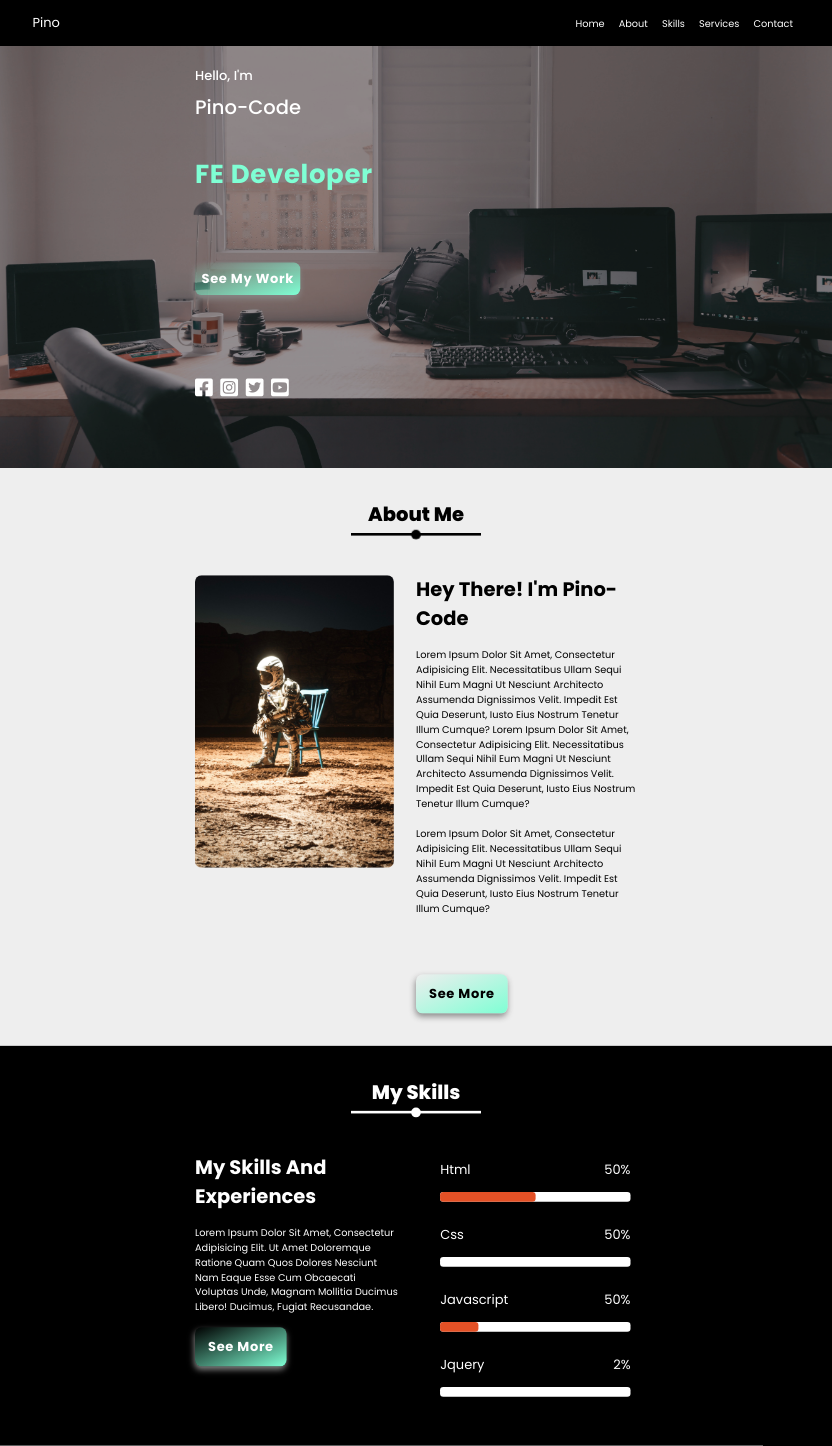
Repository: Pinocoding/New
Page: index.html
These files come from the project's save history. The page is drawn as it stood at one moment and after the next save; the edit follows.
The browser window is 1280 px wide. The pictures show the whole page, at 65% of full size.
Backgrounds fixed to the window are drawn as part of the page.

Above is the page before, as saved 2021-10-13 22:43:21.

### index.html
<!DOCTYPE html>
<html lang="en">
<head>
  <meta charset="UTF-8">
  <meta http-equiv="X-UA-Compatible" content="IE=edge">
  <meta name="viewport" content="width=device-width, initial-scale=1.0">
  <title>Document</title>
  <link rel="stylesheet" href="style.css">
  <link rel="stylesheet" href="https://cdnjs.cloudflare.com/ajax/libs/font-awesome/6.0.0-beta2/css/all.min.css" integrity="sha512-YWzhKL2whUzgiheMoBFwW8CKV4qpHQAEuvilg9FAn5VJUDwKZZxkJNuGM4XkWuk94WCrrwslk8yWNGmY1EduTA==" crossorigin="anonymous" referrerpolicy="no-referrer" />


</head>
<body>
  <!-- header -->
  <header>
    <a href="#main" class="brand">Pino</a>
    <div class="navigation">
        <a href="#main">home</a>
        <a href="#about">About</a>
        <a href="#skills">Skills</a>
        <a href="#Services">Services</a>
        <a href="#contact">Contact</a>
    </div>
  </header>
  <!--  -->
  <!-- section main  -->
  <section class="main">
    <div class="layout"></div>
    <div class="content">
    <h2>hello, I'm<br><span>Pino-code</span></h2>
    <div class="animated-text">
      <h3>FE developer</h3>
      <h3>Best Yasuo TT 7</h3>
      <h3>Best NoVo CS GO</h3>
    </div>
    <a href="#about" class="btn">see my work</a>
    <div class="media-icon">
      <a href="#"><i class="fab fa-facebook-square"></i></a>
      <a href="#"><i class="fab fa-instagram-square"></i></a>
      <a href="#"><i class="fab fa-twitter-square"></i></a>
      <a href="#"><i class="fab fa-youtube-square"></i></a>
    </div>
  </div>

  </section>
  <!--  -->
  <!-- section about -->
  <section class="about" id="about">
    <!-- title -->
    <div class="title">
      <h2 class="section-title">
        about me
      </h2>
    </div>
    <!--  -->
    <!-- content -->
    <div class="content">
      <div class="column col-left">
        <div class="img-card">
          <img src="/img/002.jpg" alt="">
        </div>
      </div>
      <div class="column col-right">
        <h2 class="content-title">Hey there! i'm pino-code</h2>
        <p>Lorem ipsum dolor sit amet, consectetur adipisicing elit. Necessitatibus ullam sequi nihil eum magni ut nesciunt architecto assumenda dignissimos velit. Impedit est quia deserunt, iusto eius nostrum tenetur illum cumque?
          Lorem ipsum dolor sit amet, consectetur adipisicing elit. Necessitatibus ullam sequi nihil eum magni ut nesciunt architecto assumenda dignissimos velit. Impedit est quia deserunt, iusto eius nostrum tenetur illum cumque?
          <br>
          <br>
          Lorem ipsum dolor sit amet, consectetur adipisicing elit. Necessitatibus ullam sequi nihil eum magni ut nesciunt architecto assumenda dignissimos velit. Impedit est quia deserunt, iusto eius nostrum tenetur illum cumque?
        </p>
        <a href="#about" class="btn">See more</a>
      </div>
    </div>
      <!--  -->


    </section>
    <!--  -->
    <!-- section skills -->
    <section class="skills" id="skills">
      <div class="title">
        <h2 class="section-title">
          my skills
        </h2>
      </div>
      <div class="content">
        <div class="column col-left">
          <h2 class="content-title">
            my skills and experiences</h2>
            <p>Lorem ipsum dolor sit amet, consectetur adipisicing elit. Ut amet doloremque ratione quam quos dolores nesciunt nam eaque esse cum obcaecati voluptas unde, magnam mollitia ducimus libero! Ducimus, fugiat recusandae.</p>
            <a href="#" class="btn">see more</a>
        </div>

      <div class="column col-right">
        <div class="bar">
          <div class="infor">
            <span>html</span>
            <span>50%</span>
          </div>
          <div class="line html"></div>
        </div>
        <div class="bar">
          <div class="infor">
            <span>css</span>
            <span>50%</span>
          </div>
          <div class="line css"></div>
        </div>
        <div class="bar">
          <div class="infor">
            <span>javascript</span>
            <span>50%</span>
          </div>
          <div class="line javascript"></div>
        </div>
        <div class="bar">
          <div class="infor">
            <span>jquery</span>
            <span>2%</span>
          </div>
          <div class="line jquery"></div>
        </div>
      </div>

      </div>
    </section>


  <script
  src="https://code.jquery.com/jquery-3.6.0.js"
  integrity="sha256-H+K7U5CnXl1h5ywQfKtSj8PCmoN9aaq30gDh27Xc0jk="
  crossorigin="anonymous"></script>
  <script src="function.js"></script>
</body>
</html>

### style.css
@import url("https://fonts.googleapis.com/css2?family=Poppins:wght@300;400;500;700;800&display=swap");
* {
  font-size: 62.5%;
  font-family: "Poppins", sans-serif;
  margin: 0;
  padding: 0;
  box-sizing: border-box;
  text-transform: capitalize;
}
body {
  min-height: 110vh;
  background: #eee;
}
/* for header */
header {
  position: fixed;
  z-index: 99;
  background: rgb(0, 0, 0);
  top: 0;
  left: 0;
  width: 100%;
  padding: 2rem 5rem;
  display: flex;
  justify-content: space-between;
  align-items: center;
}
/* hover navigation */
header .navigation a:hover {
  color: aquamarine;
}
/*header sticky */
header.sticky {
  background: rgba(0, 0, 0, 0.26);
}
/*  */
header .brand {
  text-decoration: none;
  font-size: 2rem;
  color: white;
}
header .navigation a {
  font-size: 1.5rem;
  text-decoration: none;
  color: white;
  padding: 0 1rem;
}
/*  */
section {
  padding: 5rem 30rem;
}
/* for banner */
.main {
  position: relative;
  width: 100%;
  min-height: 100vh;
  display: flex;
  align-items: center;
  background: url("/img/0.jpg") no-repeat;
  background-size: cover;
  background-position: center;
  background-attachment: fixed;
  z-index: 1;
}
.main .layout {
  position: absolute;
  top: 0;
  left: 0;
  width: 100%;
  height: 100%;
  background: black;
  opacity: 0.3;
  z-index: -1;
}
.main .content {
  max-width: 100rem;
}
.main .content h2 {
  margin-bottom: 5rem;
  color: white;
  font-size: 2rem;
  font-weight: 500;
  line-height: 5rem;
}
.main .content h2 span {
  font-size: 3rem;
}

.animated-text {
  position: relative;
  height: 6rem;
  overflow: hidden;
}
.animated-text h3 {
  color: aquamarine;
  font-size: 4rem;
  font-weight: 700;
  line-height: 60px;
  letter-spacing: 1px;
}
/* animated text for h3 */
.animated-text h3:nth-child(1) {
  animation: text-move 7s infinite;
}
@keyframes text-move {
  0% {
    margin-top: 0;
  }
  25% {
    margin-top: -60px;
  }
  50% {
    margin-top: -120px;
  }
  100% {
    margin-top: 0;
  }
}
/*  */
.main .btn {
  margin-top: 10rem;
  color: white;
  background: linear-gradient(to top left, aquamarine, transparent);
  font-size: 2rem;
  font-weight: 700;
  display: inline-block;
  padding: 10px 10px;
  text-decoration: uppercase;
  text-decoration: none;
  letter-spacing: 1px;
  border-radius: 10px;
  box-shadow: -1px 5px 10px #888888;
  transition: 0.5s ease;
}
.btn:hover {
  transform: scale(1.1);
}

.media-icon {
  margin-top: 10rem;
}
.media-icon a {
  color: white;
  font-size: 5rem;
  margin-right: 1rem;
  transition-property: transform, color;
  transition: 0.2s;
}
.media-icon a:hover i {
  color: aquamarine;
  transform: translateY(-2px);
  transition: 0.2s;
}
/*  */
/* for section about  */
.title {
  width: 100%;
  display: flex;
  justify-content: center;
  align-items: center;
  flex-direction: column;
}
/* gach dưới , chấm */
.section-title {
  text-transform: capitalize;
  position: relative;
  color: black;
  font-size: 3rem;
  font-weight: 800;
  margin-bottom: 5rem;
}
.section-title:after {
  content: "";
  position: absolute;
  top: 50px;
  left: 50%;
  width: 20rem;
  height: 4px;
  transform: translateX(-50%);
  background: currentColor;
}
.section-title::before {
  content: "";
  position: absolute;
  top: 45px;
  left: 50%;
  /* padding: 2rem 2rem; */
  width: 15px;
  height: 15px;
  border-radius: 50%;
  background: black;
  /* background: #eee; */
  z-index: 99;
  transform: translate(-50%);
}

/*  */
/*  content */
.about .content {
  position: relative;
  width: 100%;
  display: flex;
  justify-content: space-between;
  margin-top: 2rem;
}
/* content > col-left */
.about .content .col-left {
  position: relative;
  width: 45%;
}
.about .content .col-left .img-card {
  position: relative;
  width: 100%;
  min-height: 45rem;
}
.about .content .col-left .img-card img {
  position: absolute;
  top: 0;
  left: 0;
  width: 100%;
  height: 100%;
  object-fit: cover;
  border-radius: 10px;
}
/* content > col-right */
.about .content .col-right {
  width: 50%;
  position: relative;
}
.content-title {
  font-size: 3rem;
  margin-bottom: 2rem;
}
.about .content .col-right p {
  font-size: 1.5rem;
}
.column .btn {
  margin-top: 9rem;
  color: black;
  background: linear-gradient(to top left, aquamarine, transparent);
  font-size: 2rem;
  font-weight: 700;
  display: inline-block;
  padding: 15px 20px;
  text-decoration: uppercase;
  text-decoration: none;
  letter-spacing: 1px;
  border-radius: 10px;
  box-shadow: -1px 5px 10px #888888;
  transition: 0.5s ease;
}
.btn:hover {
  transform: scale(1.1);
}
/*  */
/* skills */
.skills {
  background: black;
}
.skills .section-title {
  color: white;
}

.skills .section-title::before {
  background: currentColor;
}
.skills .content {
  position: relative;
  width: 100%;
  display: flex;
  justify-content: space-between;
  color: white;
  margin-top: 2rem;
}
/* skills => col-left */
.skills .content .col-left {
  position: relative;
  width: 46%;
}
/*  */
/* skills => col-right */
.skills .content .col-right {
  position: relative;
  width: 46%;
}
.skills .content .col-right .bar {
  margin-bottom: 15px;
  padding: 10px;
}
.skills .content .col-right .bar .infor {
  display: flex;
  align-items: center;
  justify-content: space-between;
  margin-bottom: 2rem;
}

.skills .content .col-right .bar .infor span {
  font-size: 2rem;
}
/* thanh % */
.skills .content .col-right .bar .line {
  position: relative;
  width: 100%;
  height: 15px;
  border-radius: 5px;
  background: white;
}
.skills .content .col-right .bar .line::before {
  content: "";
  position: absolute;
  top: 0;
  left: 0;

  height: 100%;
  /* background-color: rgb(42, 40, 136); */
  border-radius: 5px;
}
.skills .content .col-right .bar .html::before {
  width: 50%;
  background: #e45126;
}
.skills .content .col-right .bar .css::before {
  width: 70%;
  background: #;
}
.skills .content .col-right .bar .javascript::before {
  width: 20%;
  background: #e45126;
}

/*  */
.skills p {
  font-size: 1.5rem;
}
.skills .btn {
  margin-top: 2rem;
  color: white;

  background: linear-gradient(to top left, aquamarine, transparent);
  font-size: 2rem;
  font-weight: 700;
  display: inline-block;
  padding: 15px 20px;
  text-decoration: uppercase;
  text-decoration: none;
  letter-spacing: 1px;
  border-radius: 10px;
  /* box-shadow: -1px 5px 10px #888888; */
  transition: 0.5s ease;
}
.btn:hover {
  transform: scale(1.1);
}
/*  */

### function.js
// js for navication bar on scroll
window.addEventListener("scroll", function () {
  const header = document.querySelector("header");
  header.classList.toggle("sticky", window.scrollY > 0);
});

After the next save:
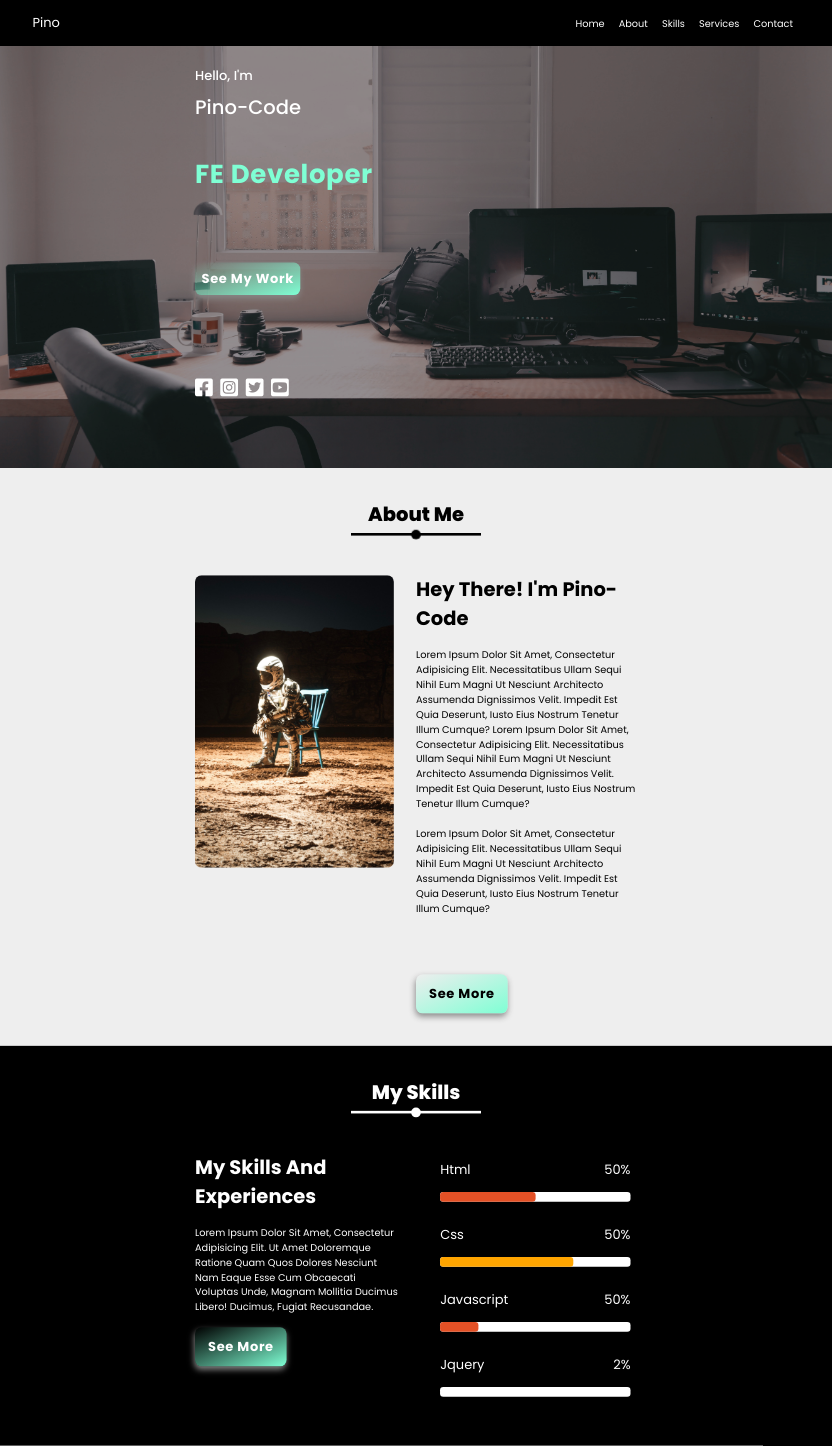
Saved 8 s later.
--- a/style.css
+++ b/style.css
@@ -320,7 +320,7 @@ section {
 }
 .skills .content .col-right .bar .css::before {
   width: 70%;
-  background: #;
+  background-color: orange;
 }
 .skills .content .col-right .bar .javascript::before {
   width: 20%;
